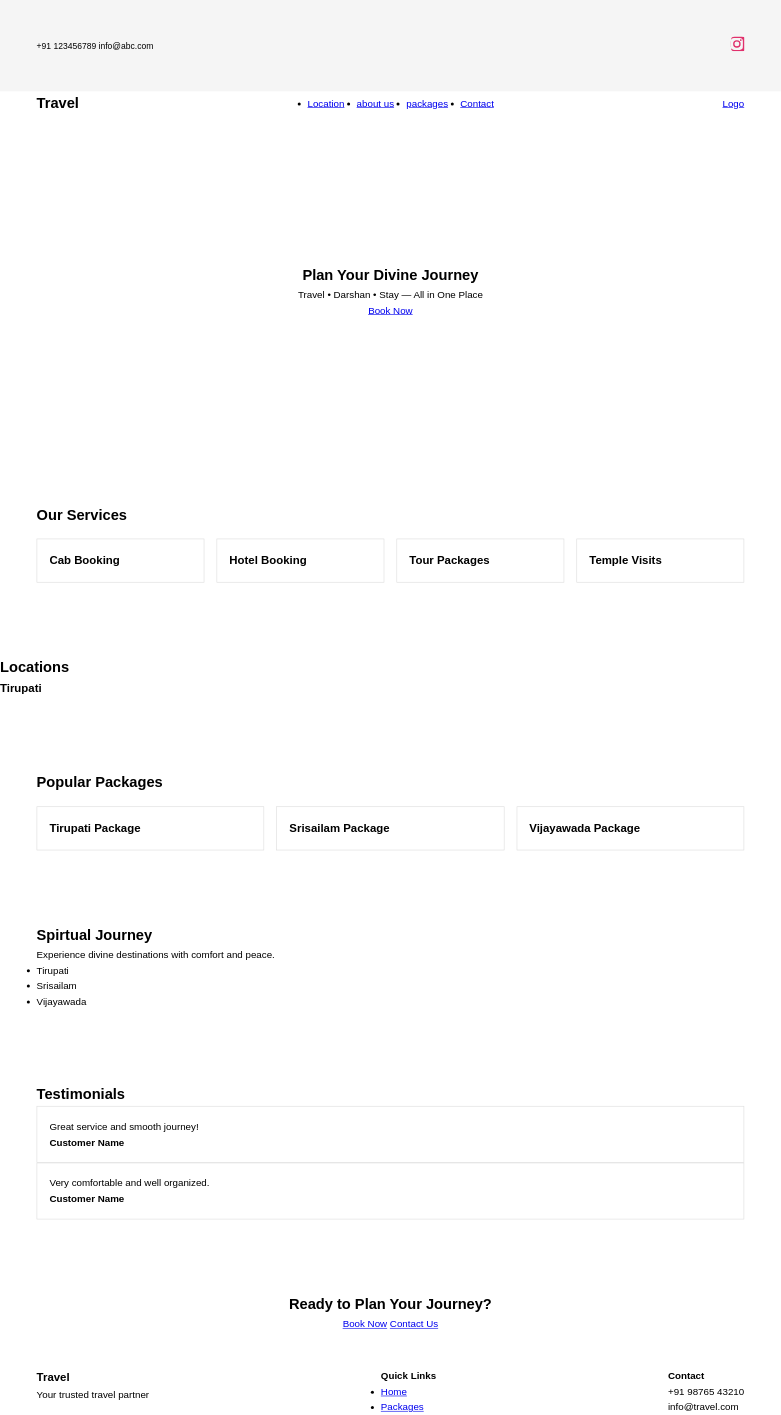
Repository: heytirupati/Bookingweb
Page: index.html
The author's editor kept a copy of each file at every save. The page is drawn from the files as they stood at one save, then again after the next save.
The browser window is 1280 px wide. The pictures show the whole page, at 61% of full size.

Above is the page before, as saved 2026-03-27 11:49:33.

### index.html
<!DOCTYPE html>

<html lang="en">


    <link rel="stylesheet" href="css/style.css">
<head>
    <meta charset="UTF-8">
    <meta name="viewport" content="width=device-width, initial-scale=1.0">
    <title> Travel Website</title>
</head>
<body>


<!-- this is top bar section  -->
    <section class="top-bar">
        <div class="container">
            <div class="top-left">
                <span> +91 123456789</span>
                <span>info@abc.com</span>
            </div>
            <div class="top-right"></div>
            <a href="instalink here" target="blank">
                <svg xmlns="http://www.w3.org/2000/svg" width="24" height="24" fill="#E1306C" viewBox="0 0 24 24">
                    <path d="M12 2.163c3.204 0 3.584.012 4.849.07 1.366.062 2.633.34 3.608 1.316.975.975 1.254 2.242 1.316 3.608.058 1.265.069 1.645.069 4.849s-.012 3.584-.07 4.849c-.062 1.366-.34 2.633-1.316 3.608-.975.975-2.242 1.254-3.608 1.316-1.265.058-1.645.069-4.849.069s-3.584-.012-4.849-.07c-1.366-.062-2.633-.34-3.608-1.316-.975-.975-1.254-2.242-1.316-3.608C2.175 15.584 2.163 15.204 2.163 12s.012-3.584.07-4.849c.062-1.366.34-2.633 1.316-3.608C4.524 2.573 5.791 2.294 7.157 2.232 8.422 2.175 8.802 2.163 12 2.163zm0-2.163C8.741 0 8.332.013 7.052.072 5.78.131 4.658.414 3.732 1.34 2.806 2.266 2.523 3.388 2.464 4.66 2.405 5.941 2.392 6.35 2.392 12c0 5.65.013 6.059.072 7.34.059 1.272.342 2.394 1.268 3.32.926.926 2.048 1.209 3.32 1.268 1.281.059 1.69.072 7.34.072s6.059-.013 7.34-.072c1.272-.059 2.394-.342 3.32-1.268.926-.926 1.209-2.048 1.268-3.32.059-1.281.072-1.69.072-7.34s-.013-6.059-.072-7.34c-.059-1.272-.342-2.394-1.268-3.32-.926-.926-2.048-1.209-3.32-1.268C18.059.013 17.65 0 12 0z"/>
                    <path d="M12 5.838a6.162 6.162 0 1 0 0 12.324 6.162 6.162 0 0 0 0-12.324zm0 10.162a3.999 3.999 0 1 1 0-7.998 3.999 3.999 0 0 1 0 7.998z"/>
                    <circle cx="18.406" cy="5.594" r="1.44"/>

                </svg>
            </a>

        </div>

    </section>



    <!-- this is nav section  -->

    <header class="navbar">
        <div class="container">
            <div class="logo">
                <h2>Travel</h2>
            </div>

            <nav class="nav-menu">
                <ul>
                    <li><a href="#">Location</a></li>
                    <li><a href="#">about us</a></li>
                    <li><a href="#">packages</a></li>
                    <li><a href="#">Contact</a></li>

                </ul>

            </nav>
            <div class="top-left">
                <a href="#">Logo</a>

            </div>

        </div>

    </header>

    <section class="hero">
        <div class="container">
            <h1>Plan Your Divine Journey</h1>
            <p>Travel • Darshan • Stay — All in One Place</p>
            <div class="nav-btn">
                <a href="#">Book Now</a>
            </div>
        </div>
    </section>

    <section>
        <div class="services">
            <div class="container">
                <h2>Our Services</h2>
                <div class="service-cards">
                     <div class="card">
                    <h3>Cab Booking</h3>
                </div>

                <div class="card">
                    <h3>Hotel Booking</h3>
                </div>

                <div class="card">
                    <h3>Tour Packages</h3>
                </div>

                <div class="card">
                    <h3>Temple Visits</h3>
                </div>

            </div>

        </div>
    </section>


<!-- this is Location section  -->

<section class="locations">
    <h2>Locations</h2>
            <div class="location-card">
                <h3>Tirupati</h3>
            </div>
    </div>
</section>


<!-- this is popular package section  -->
<section class="packages">
        <div class="container">
            <h2>Popular Packages</h2>
            <div class="package-cards">

                <div class="card">
                    <h3>Tirupati Package</h3>
                </div>

                <div class="card">
                    <h3>Srisailam Package</h3>
                </div>

                <div class="card">
                    <h3>Vijayawada Package</h3>
                </div>

            </div>
        </div>
    </section>
<!-- this is Spirtual Journey section  -->
    <section class="spiritual">
        <div class="container">
            <div class="spiritual-content">
                <h2>Spirtual Journey</h2>
                <p>
                    Experience divine destinations with comfort and peace.
                </p>
                <ul>
                    <li>Tirupati</li>
                    <li>Srisailam</li>
                    <li>Vijayawada</li>
                </ul>

            </div>
            <div class="spiritual-image">
                <!-- Image goes here -->
            </div>
        </div>

    </section>
<!-- 8. Testimonials -->
    <section class="testimonials">
        <div class="container">
            <h2>Testimonials</h2>
            <div class="testimonial-cards">

                <div class="card">
                    <p>Great service and smooth journey!</p>
                    <h4>Customer Name</h4>
                </div>

                <div class="card">
                    <p>Very comfortable and well organized.</p>
                    <h4>Customer Name</h4>
                </div>

            </div>
        </div>
    </section>

    <!-- 9. CTA Section -->
    <section class="cta">
        <div class="container">
            <h2>Ready to Plan Your Journey?</h2>
            <a href="#">Book Now</a>
            <a href="#">Contact Us</a>
        </div>
    </section>

    <!-- 10. Footer -->
    <footer class="footer">
        <div class="container">

            <div class="footer-col">
                <h3>Travel</h3>
                <p>Your trusted travel partner</p>
            </div>

            <div class="footer-col">
                <h4>Quick Links</h4>
                <ul>
                    <li><a href="#">Home</a></li>
                    <li><a href="#">Packages</a></li>
                </ul>
            </div>

            <div class="footer-col">
                <h4>Contact</h4>
                <p>+91 98765 43210</p>
                <p>info@travel.com</p>
            </div>

        </div>
    </footer>











</body>
</html>

### css/style.css
* {
    margin: 0;
    padding: 0;
    box-sizing:border-box ;

}

body{
    font-family: Arial,sans-serif;
    line-height: 1.6;
}

.container{
    max-width: 1200px;
    margin: auto;
    padding: 0 20px;
}

section{
    padding: 60px 0;
}

.flex{
    display: flex;
    justify-content: space-between;
    align-items: center;
}

.top-bar{
    background-color : #f5f5f5 ;
    font-size: 14px;
}

.top-bar .container{
    display: flex;
    justify-content: space-between;
    align-items: center;
}

.navbar{
    background-color: #fff;

}

.navbar .container{
    display: flex;
    justify-content: space-between;
    align-items: center;
}
.nav-menu ul{
    display: flex;
    justify-content: space-between;
    gap: 20px;
}

.hero{
    height: 80vh;
    display: flex;
    align-items: center;
    text-align: center;
}

.service-cards,
.package-cards,
.testimonal-cards{
    display: flex;
    gap: 20px;
    margin-top: 20px;
}

.card{
    flex:1;
    padding: 20px;
    border: 1px solid #ddd;
}

.spiritual .container{
    display: flex;
    gap: 40p;
    align-items: center;



}.spiritual-content{
    flex: 1;

}
.spiritual-image{
    flex: 1;
}

.cta{
    text-align: center;
}

.footer .container{
    display: flex;
    justify-content: space-between;
    gap: 20px;
}

After the next save:
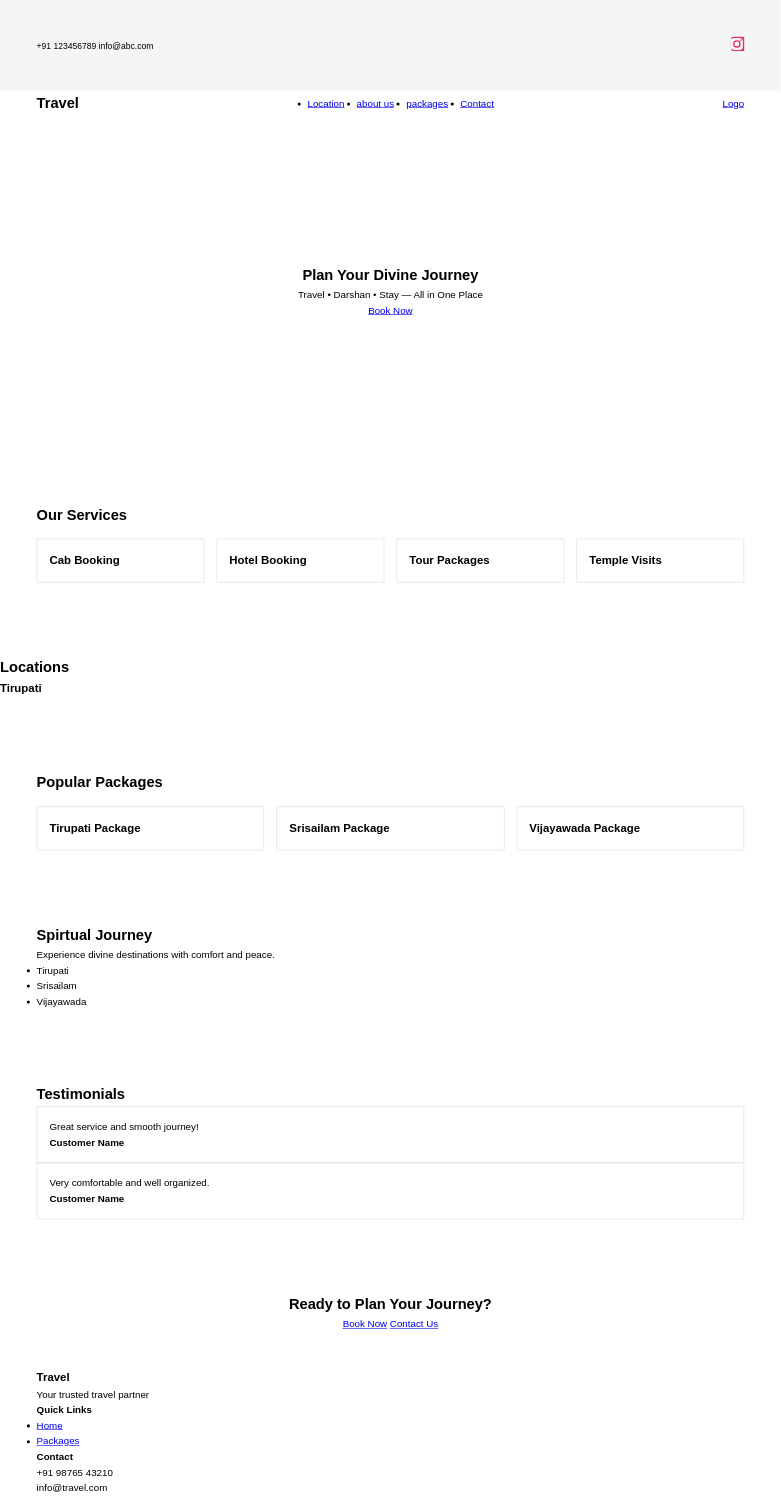
Saved 8 s later.
--- a/css/style.css
+++ b/css/style.css
@@ -92,9 +92,3 @@ section{
 .cta{
     text-align: center;
 }
-
-.footer .container{
-    display: flex;
-    justify-content: space-between;
-    gap: 20px;
-}

After the save that followed:
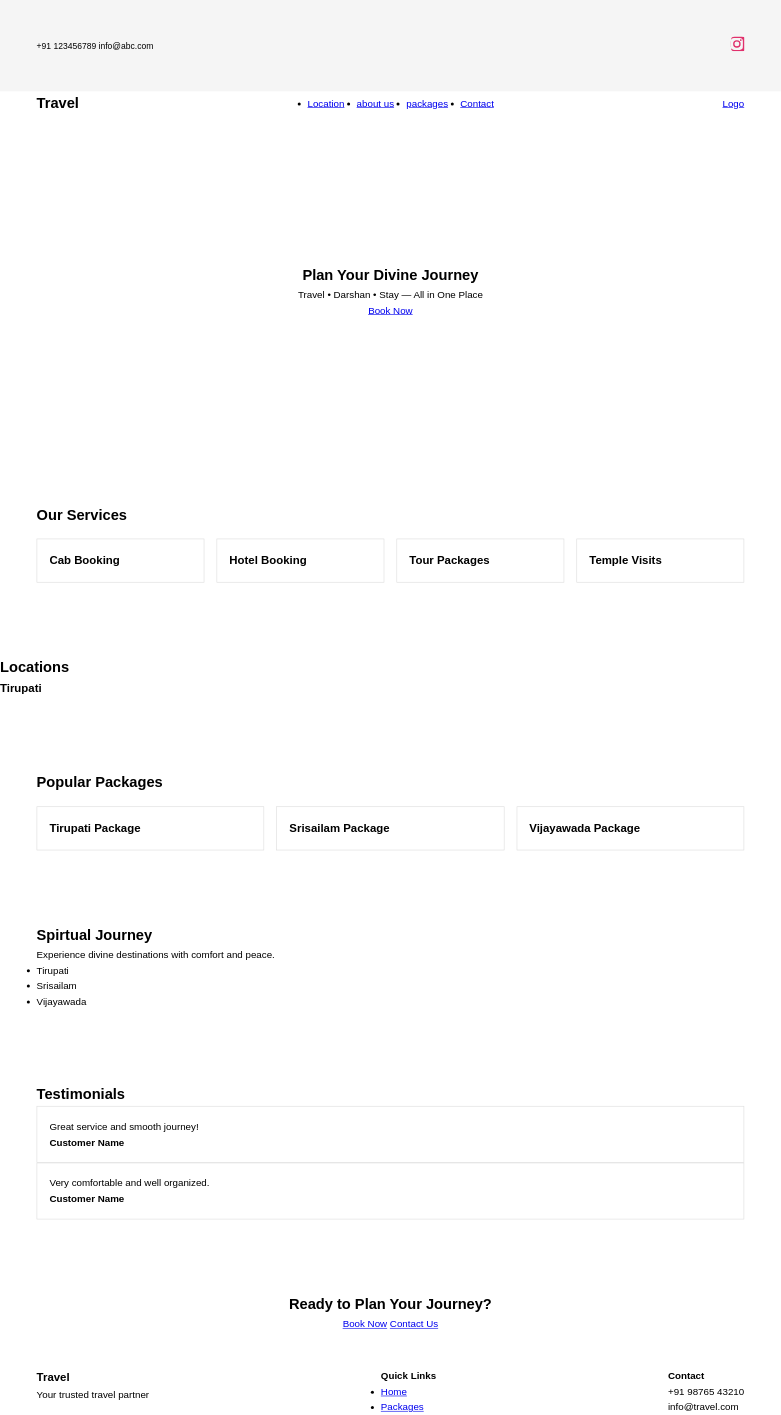
Saved 4 s later.
--- a/css/style.css
+++ b/css/style.css
@@ -92,3 +92,9 @@ section{
 .cta{
     text-align: center;
 }
+
+.footer .container{
+    display: flex;
+    justify-content: space-between;
+    gap: 20px;
+}
